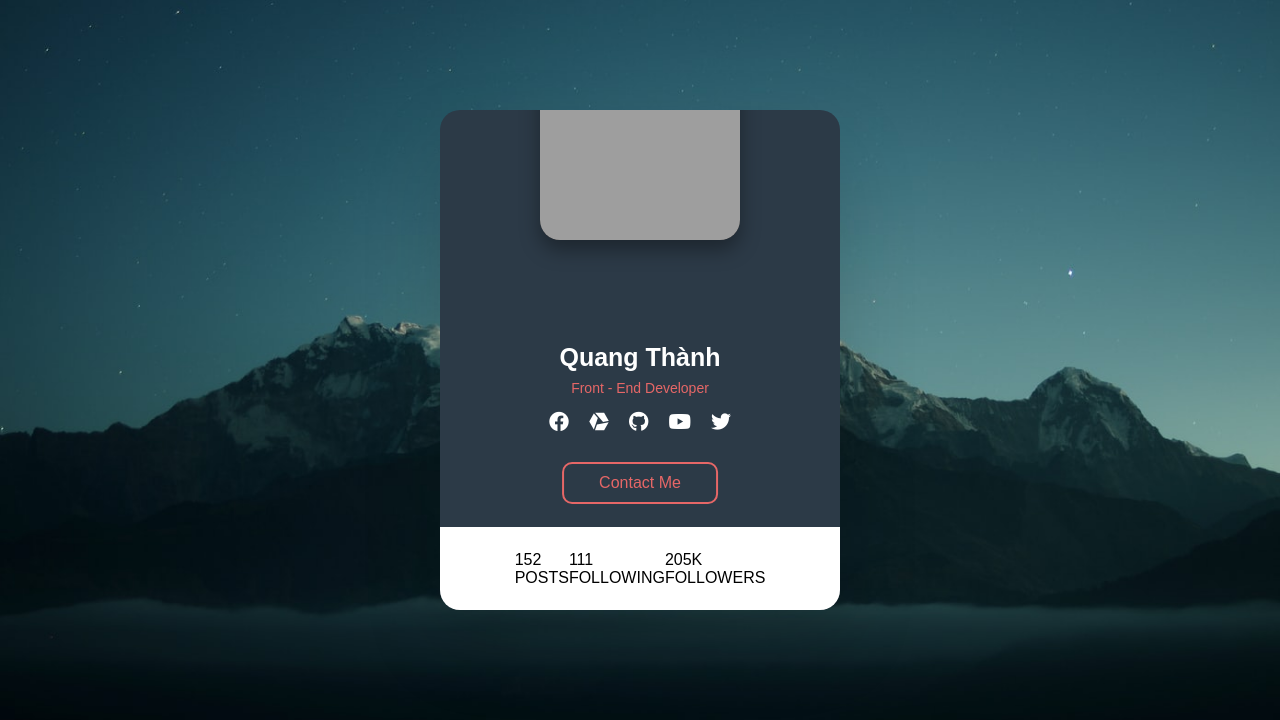
Repository: QuangThanh152/Profile-me
Page: index.html
The author's editor kept a copy of each file at every save. The page is drawn from the files as they stood at one save, then again after the next save.
The browser window is 1280 px wide. The pictures show the whole page.
Pictures or frames that could not be fetched are drawn as grey boxes.

Above is the page before, as saved 2022-10-07 16:04:48.

After the next save:
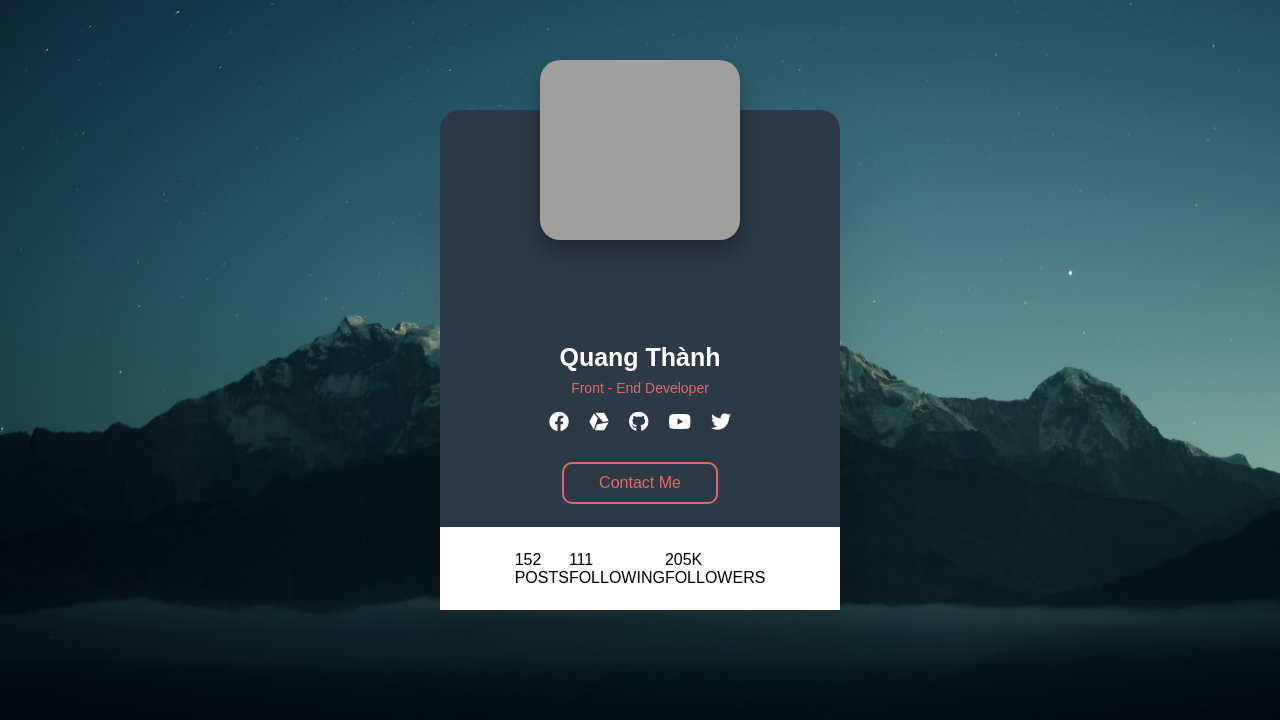
Saved 27 s later.
--- a/accets/main.css
+++ b/accets/main.css
@@ -24,7 +24,7 @@ body {
     background: #2c3a47;
     transition: 0.2s;
     box-shadow: 0 35px 80px rgba(0,0,0,0.15);
-    overflow: hidden;
+    /* overflow: hidden; */
 }
 .card:hover {
     height: 500px;
